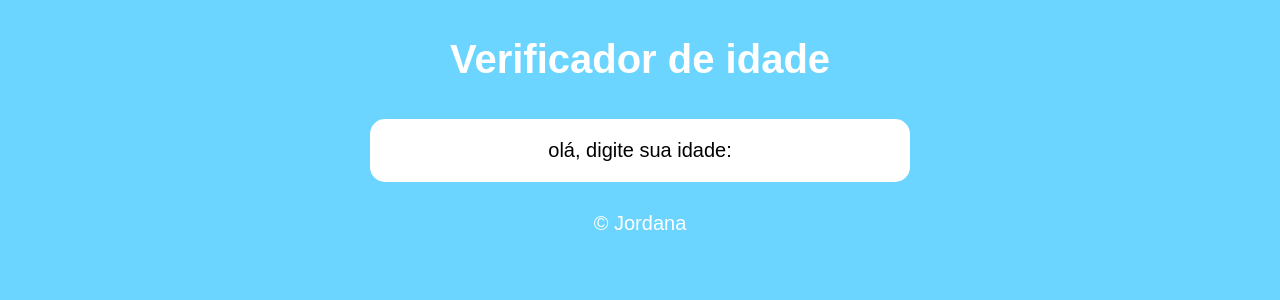
Repository: Iamjordana/Curso-JavaScript
Page: desafio/d02/index.html
An editor plug-in stored every save of this project. The page is shown before and after the next save, followed by the edit.
The browser window is 1280 px wide. The pictures show the whole page.

Above is the page before, as saved 2025-02-20 13:36:44.

After the next save:
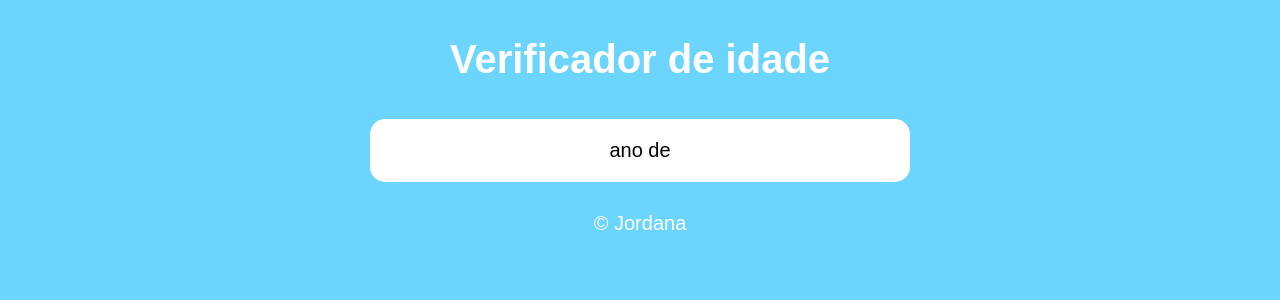
Saved 42 s later.
--- a/desafio/d02/index.html
+++ b/desafio/d02/index.html
@@ -12,7 +12,7 @@
     </header>
     <section>
         <div>
-            olá, digite sua idade:
+           ano de
         </div>
         <div id="res">
 
